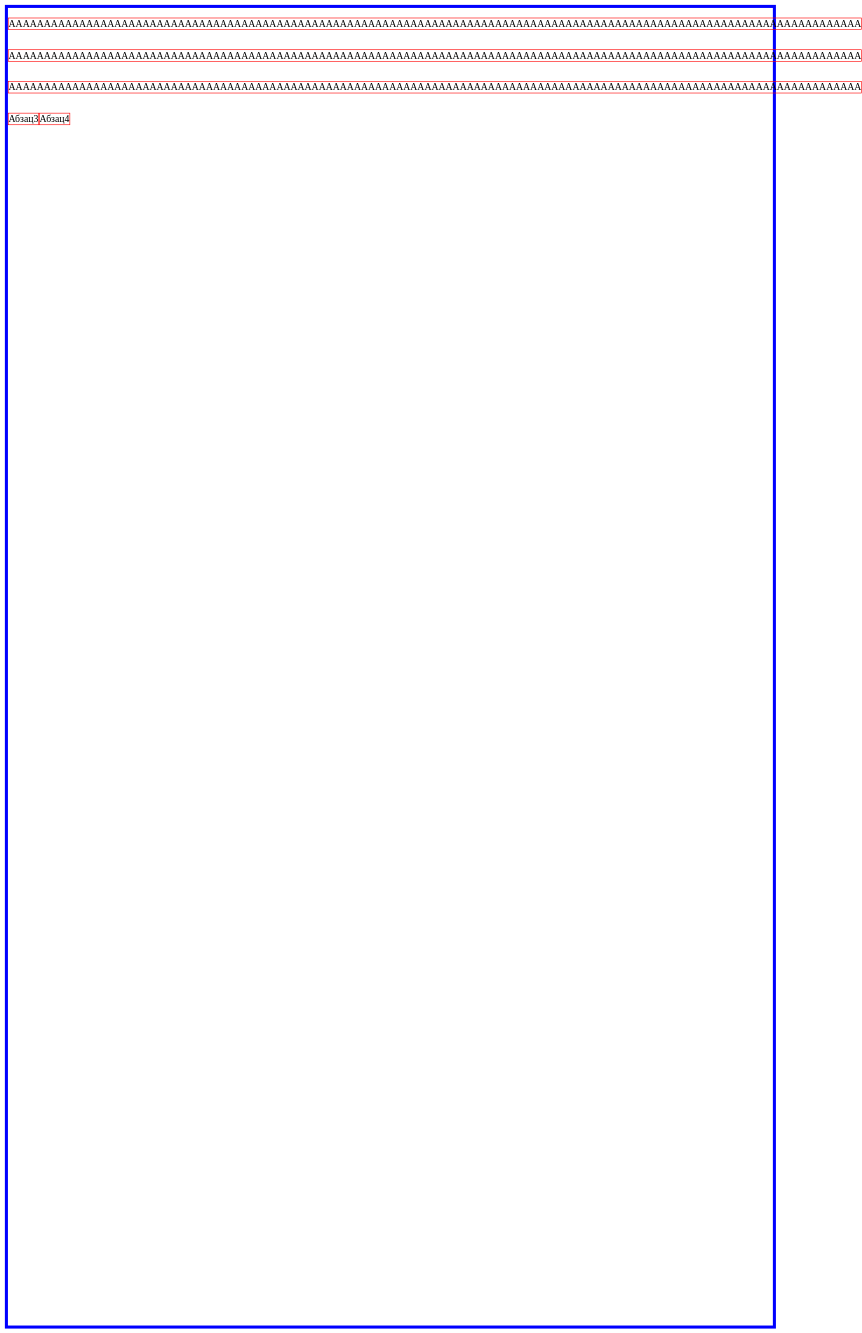
Repository: IrinaGetmanenko/week5
Page: week5/index.html
These files come from the project's save history. The page is drawn as it stood at one moment and after the next save; the edit follows.
The browser window is 1280 px wide. The page is 1413 px wide, so the pictures cover 1413 px, including what lies to the right of the window. The pictures show the whole page, at 61% of full size.

Above is the page before, as saved 2022-08-26 17:12:20.

After the next save:
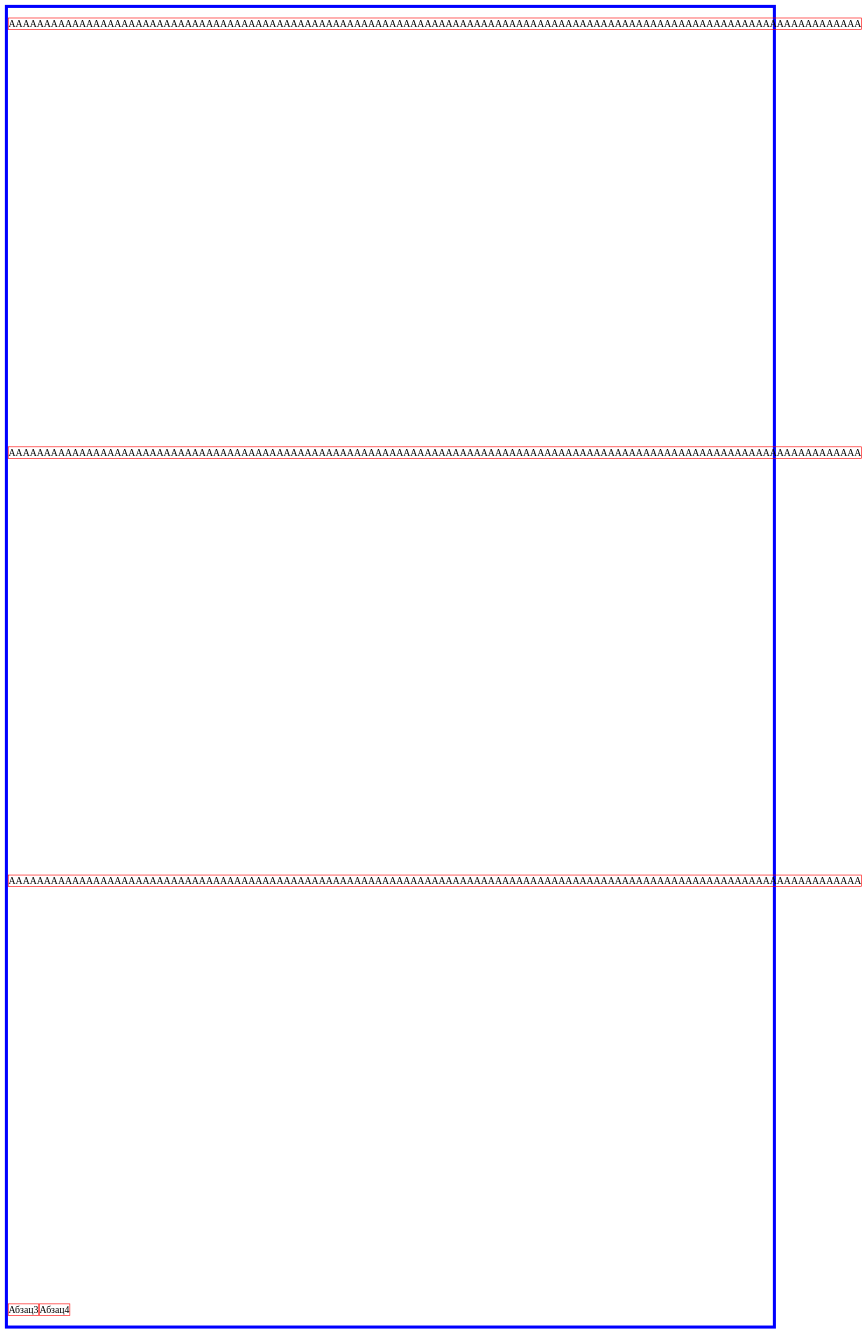
Saved 25 s later.
--- a/week5/index.html
+++ b/week5/index.html
@@ -15,7 +15,7 @@
             display: flex;
             flex-wrap: wrap;
            height: 300vh;
-           align-content: flex-start;
+           align-content: space-between;
         }
         </style>
 </head>
